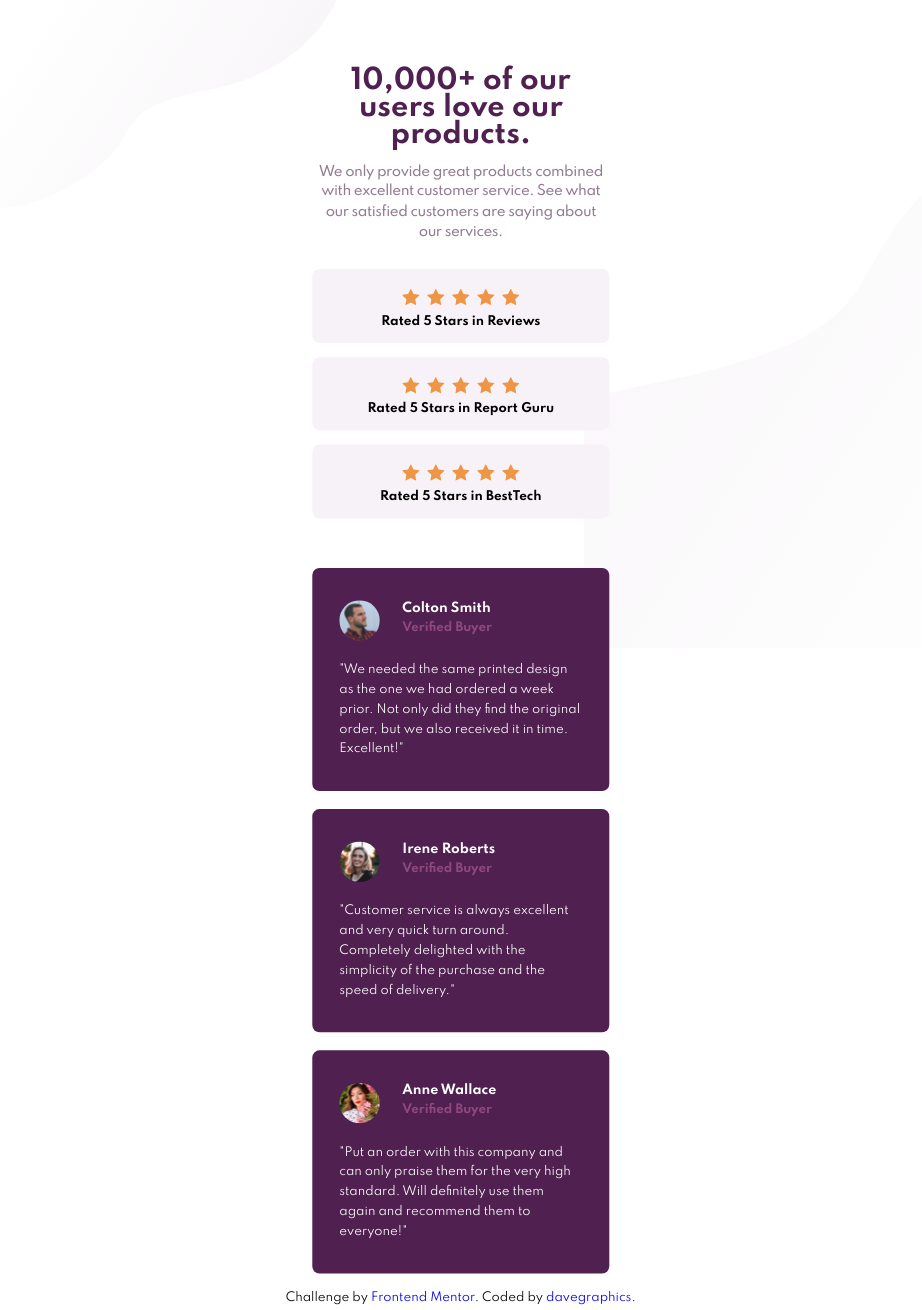
Repository: DejV44/social-proof-section-master
Page: index.html
These files come from the project's save history. The page is drawn as it stood at one moment and after the next save; the edit follows.
The browser window is 1024 px wide. The pictures show the whole page, at 90% of full size.
The style sheet was rebuilt from its Sass, Less or Tailwind sources for each picture, by a compiler version that may differ from the author's.

Above is the page before, as saved 2021-06-28 21:30:27.

After the next save:
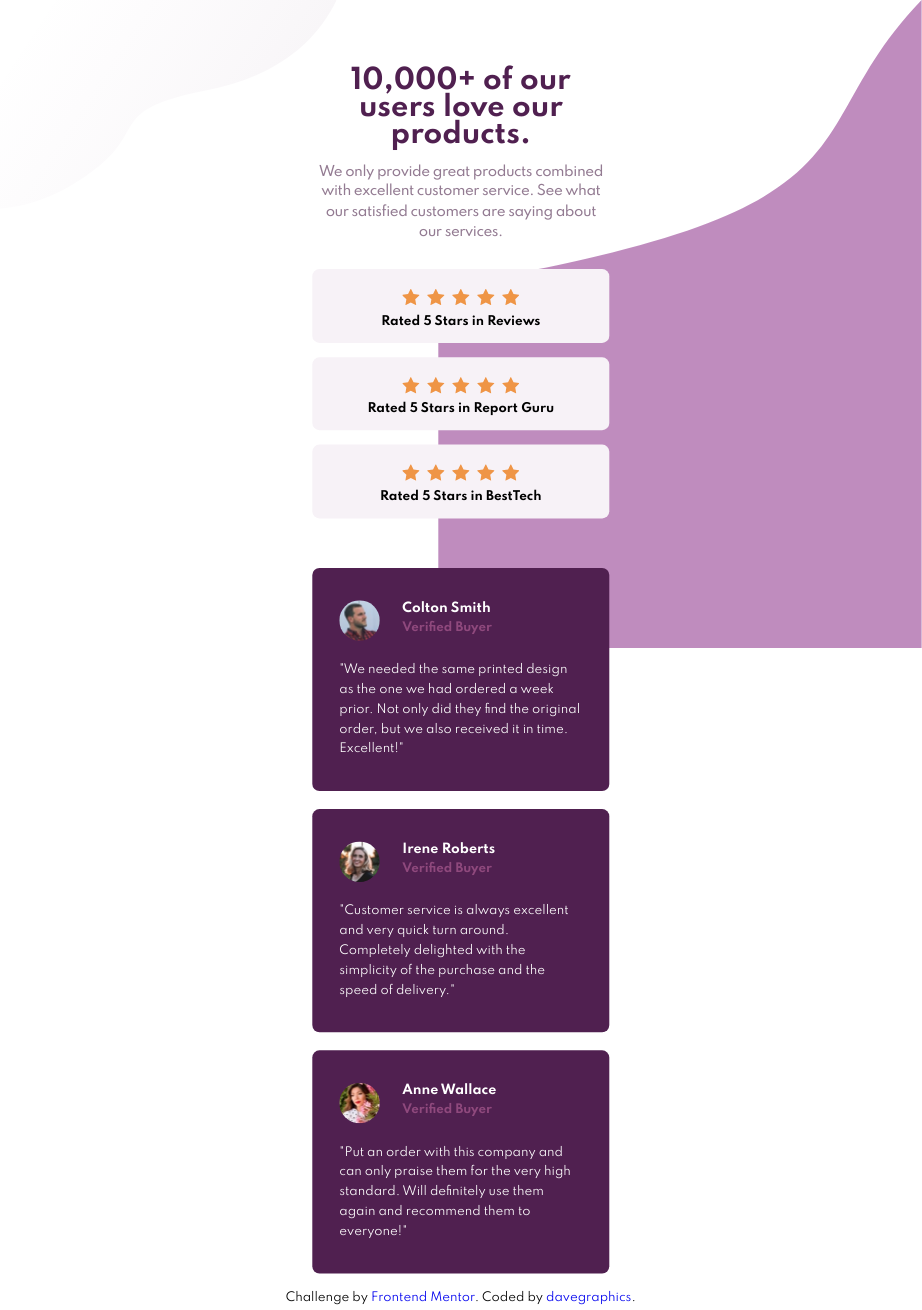
Saved 3 min 28 s later.
--- a/css/main.scss
+++ b/css/main.scss
@@ -230,7 +230,7 @@
     margin: 0;
     padding: 0;
     font-family: 'Spartan', sans-serif;
-    background-image: url("/img/bg-pattern-top-mobile.svg"), url("/img/bg-pattern-bottom-mobile.svg");
+    background-image: url("/img/bg-pattern-top-mobile.svg"), url("/img/bg-pattern-bottom-mobile2.svg");
     background-position: top 0px left 0px, bottom 0px right 0px;
     background-repeat: no-repeat;
     background-size: inherit, cover;

After the 4 saves that followed:
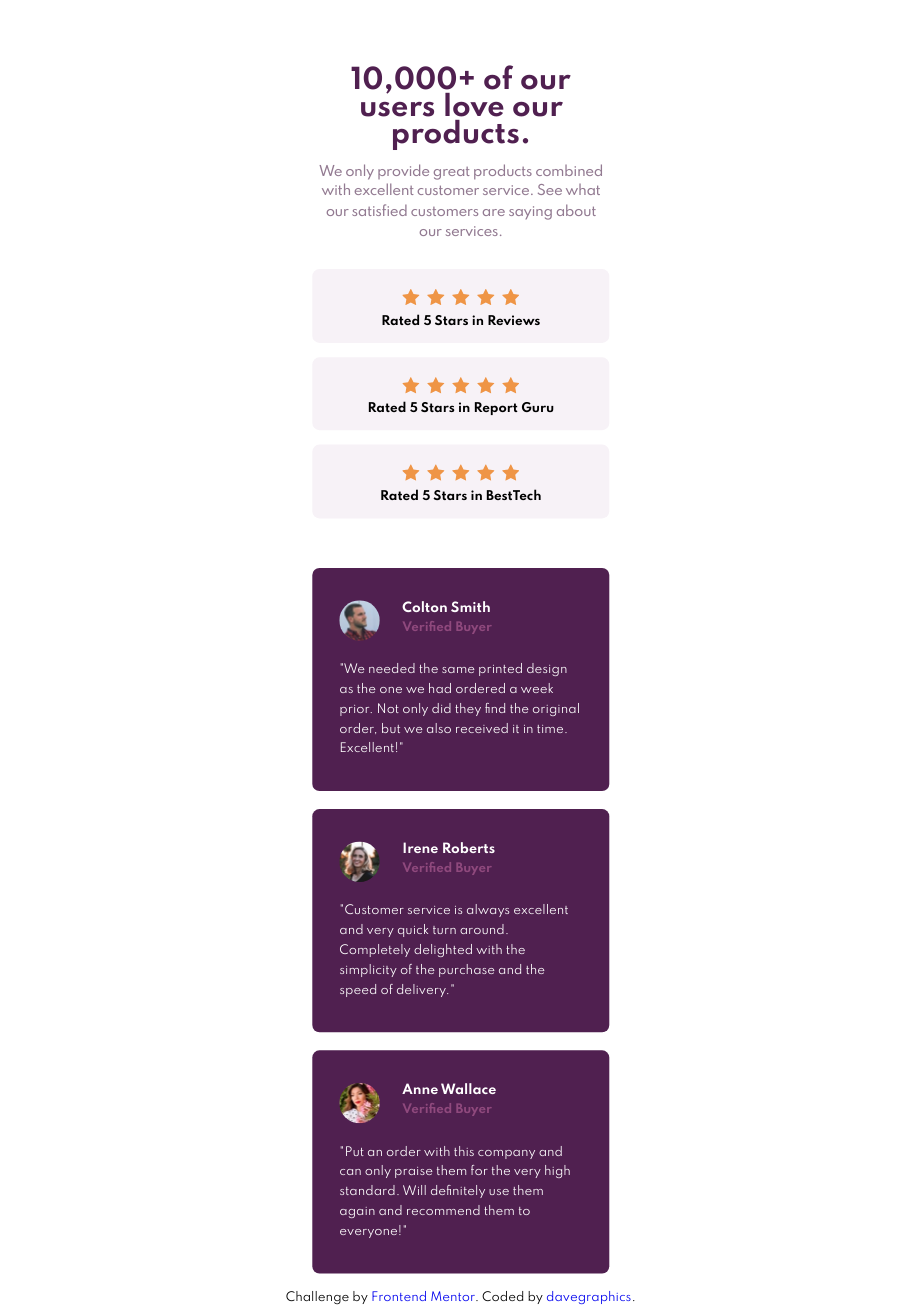
The 4 saves are shown as one change because 3 left the picture as it was.
The last was saved 4 min 30 s later.
--- a/css/main.scss
+++ b/css/main.scss
@@ -230,9 +230,9 @@
     margin: 0;
     padding: 0;
     font-family: 'Spartan', sans-serif;
-    background-image: url("/img/bg-pattern-top-mobile.svg"), url("/img/bg-pattern-bottom-mobile2.svg");
+    background: url("/img/bg-pattern-top-mobile.svg") no-repeat top 0px left0px, url("/img/bg-pattern-bottom-mobile2.svg");
     background-position: top 0px left 0px, bottom 0px right 0px;
-    background-repeat: no-repeat;
+    background-repeat: no-repeat, no-repeat;
     background-size: inherit, cover;
 
     .size {
